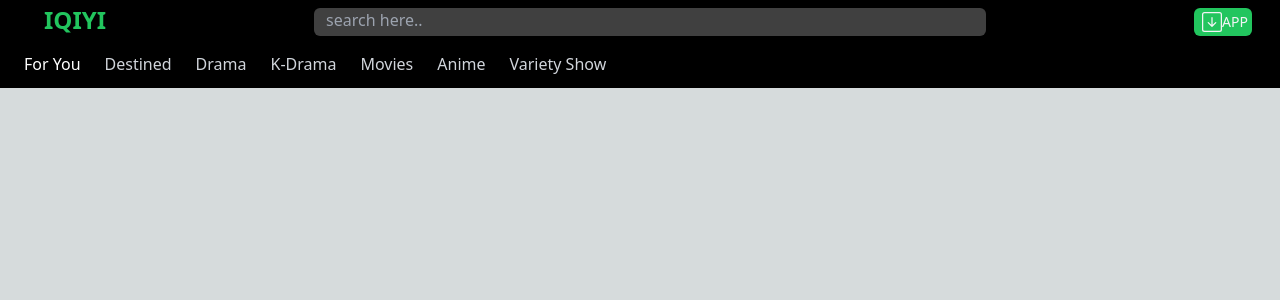
Repository: cozocozy/iqiyi-clone
Page: /
These files come from the project's save history. The page is drawn as it stood at one moment and after the next save; the edit follows.
The browser window is 1280 px wide. The pictures show the whole page.
The project was rebuilt for these pictures with package versions that can differ from the ones it lists, and the page was loaded fresh each time. The framework's server and built-in components were replaced by stand-ins that run in the browser. Also part of the build but not shown: next.config.js.

Above is the page before, as saved 2023-07-16 10:35:57.

### pages/index.tsx
import Head from "next/head";
import Header from "./components/Header";

export default function Home() {
  return (
    <main>
      <Head>
        <title>IQIYI - watch Asian drama shows anime movie free online</title>
        <meta name="description" content="CLONE OF IQIYI WEBSITE" />
      </Head>
      <Header />
    </main>
  );
}

### styles/globals.css
@tailwind base;
@tailwind components;
@tailwind utilities;

:root {
  --foreground-rgb: 0, 0, 0;
  --background-start-rgb: 214, 219, 220;
  --background-end-rgb: 255, 255, 255;
}

@media (prefers-color-scheme: dark) {
  :root {
    --foreground-rgb: 255, 255, 255;
    --background-start-rgb: 0, 0, 0;
    --background-end-rgb: 0, 0, 0;
  }
}
.container-snap::-webkit-scrollbar {
  display: none;
}

body {
  color: rgb(var(--foreground-rgb));
  background: linear-gradient(to bottom, transparent, rgb(var(--background-end-rgb))) rgb(var(--background-start-rgb));
}

@layer components {
  .pages {
    @apply hover:text-green-500;
  }
}

### pages/components/Header.tsx
import React from "react";
import { BsArrowDownSquare, BsSearch } from "react-icons/bs";
import { AiOutlineMenu } from "react-icons/ai";
import Link from "next/link";
type Props = {};

function Header({}: Props) {
  return (
    <div className="fixed top-0 z-50 bg-black w-full">
      <div className="flex justify-between items-center py-1 ">
        <div className="flex ml-4 mx-3 lg:hidden">
          <AiOutlineMenu size={20} className="mt-2" />
          <h3 className="text-2xl text-green-500 font-bold ml-2 ">IQIYI</h3>
        </div>
        <div className="flex justify-center items-center w-full mt-1 ">
          {/* <button className="absolute border-l border-gray-500 ml-60 p-1 px-4">
            <BsSearch />
          </button> */}
          <input className="rounded rounded-md bg-neutral-700 w-full max-w-2xl pl-3 pb-1" placeholder="search here.." autoComplete="off"></input>
        </div>
        <button className="flex flex-row mr-7 mt-1 rounded rounded-md p-1  mx-3 bg-green-500 text-gray-100 justify-evenly items-center">
          <div className="ml-1">
            <BsArrowDownSquare size={20} />
          </div>
          <p className="text-sm">APP</p>
        </button>
      </div>
      <div className="flex flex-row  p-3 overflow-x-auto container-snap whitespace-nowrap space-x-6 ml-3 text-gray-300">
        <Link href="#" className="text-white pages">
          For You
        </Link>
        <Link href="#" className=" pages">
          Destined
        </Link>
        <Link href="#" className=" pages">
          Drama
        </Link>
        <Link href="#" className=" pages">
          K-Drama
        </Link>
        <Link href="#" className=" pages">
          Movies
        </Link>
        <Link href="#" className=" pages">
          Anime
        </Link>
        <Link href="#" className=" pages">
          Variety Show
        </Link>
      </div>
    </div>
  );
}

export default Header;

### tailwind.config.js
/** @type {import('tailwindcss').Config} */
module.exports = {
  content: ["./pages/**/*.{js,ts,jsx,tsx,mdx}", "./components/**/*.{js,ts,jsx,tsx,mdx}", "./app/**/*.{js,ts,jsx,tsx,mdx}"],
  theme: {
    extend: {
      backgroundImage: {
        "gradient-radial": "radial-gradient(var(--tw-gradient-stops))",
        "gradient-conic": "conic-gradient(from 180deg at 50% 50%, var(--tw-gradient-stops))",
      },
    },
    screens: {
      tablet: "<-640px",
      // => @media (min-width: 640px) { ... }

      laptop: "1024px",
      // => @media (min-width: 1024px) { ... }

      desktop: "1280px",
      // => @media (min-width: 1280px) { ... }
    },
  },
  plugins: [],
};

Loaded but not shown: pages/_app.tsx (common file); pages/_document.tsx (common file)

After the next save:
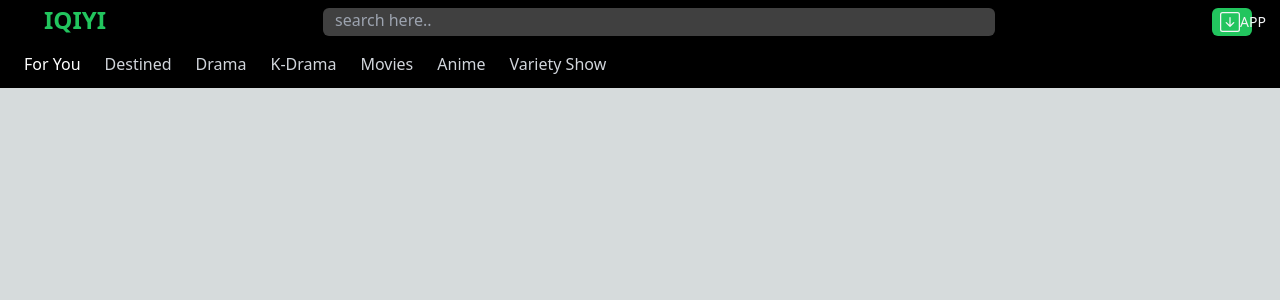
Saved 13 s later.
--- a/pages/components/Header.tsx
+++ b/pages/components/Header.tsx
@@ -18,7 +18,7 @@
           </button> */}
           <input className="rounded rounded-md bg-neutral-700 w-full max-w-2xl pl-3 pb-1" placeholder="search here.." autoComplete="off"></input>
         </div>
-        <button className="flex flex-row mr-7 mt-1 rounded rounded-md p-1  mx-3 bg-green-500 text-gray-100 justify-evenly items-center">
+        <button className="flex flex-row mr-7 mt-1 rounded rounded-md p-1 w-10 mx-3 bg-green-500 text-gray-100 justify-evenly items-center">
           <div className="ml-1">
             <BsArrowDownSquare size={20} />
           </div>

After the 5 saves that followed:
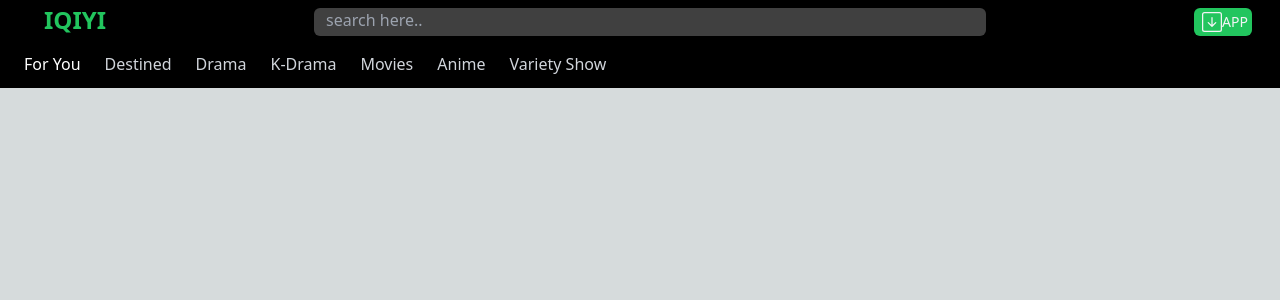
The 5 saves are shown as one change because they came seconds apart.
The last was saved 12 s later.
--- a/pages/components/Header.tsx
+++ b/pages/components/Header.tsx
@@ -18,7 +18,7 @@
           </button> */}
           <input className="rounded rounded-md bg-neutral-700 w-full max-w-2xl pl-3 pb-1" placeholder="search here.." autoComplete="off"></input>
         </div>
-        <button className="flex flex-row mr-7 mt-1 rounded rounded-md p-1 w-10 mx-3 bg-green-500 text-gray-100 justify-evenly items-center">
+        <button className="flex flex-row mr-7 mt-1 rounded rounded-md p-1 w-16 mx-3 bg-green-500 text-gray-100 justify-evenly items-center">
           <div className="ml-1">
             <BsArrowDownSquare size={20} />
           </div>
